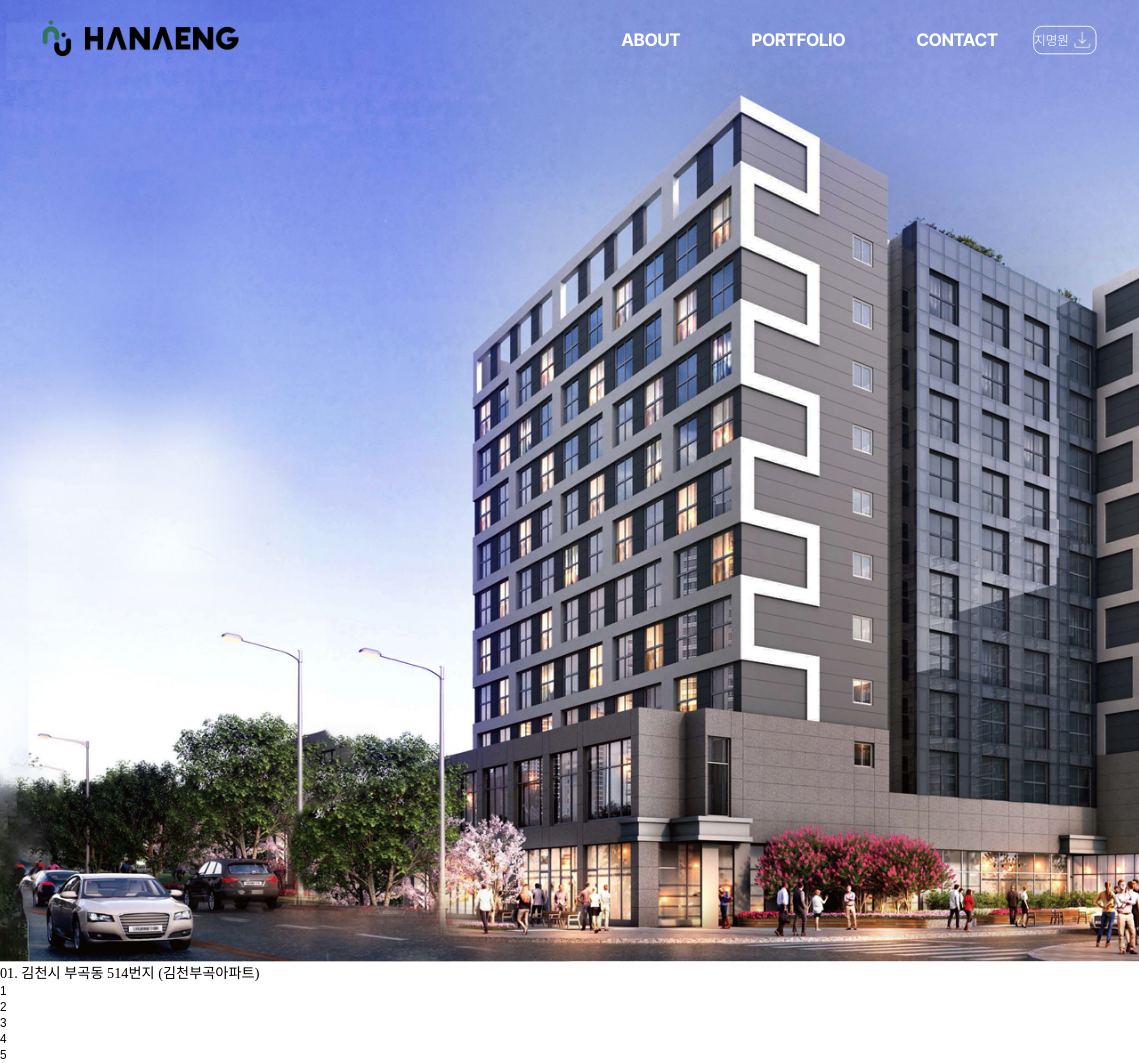
Repository: makeditWeb/hanaenc
Page: main.html
These files come from the project's save history. The page is drawn as it stood at one moment and after the next save; the edit follows.
The browser window is 1280 px wide. The pictures show the whole page, at 89% of full size.
Some web libraries are served in a nearby version.

Above is the page before, as saved 2023-07-05 17:45:31.

After the next save:
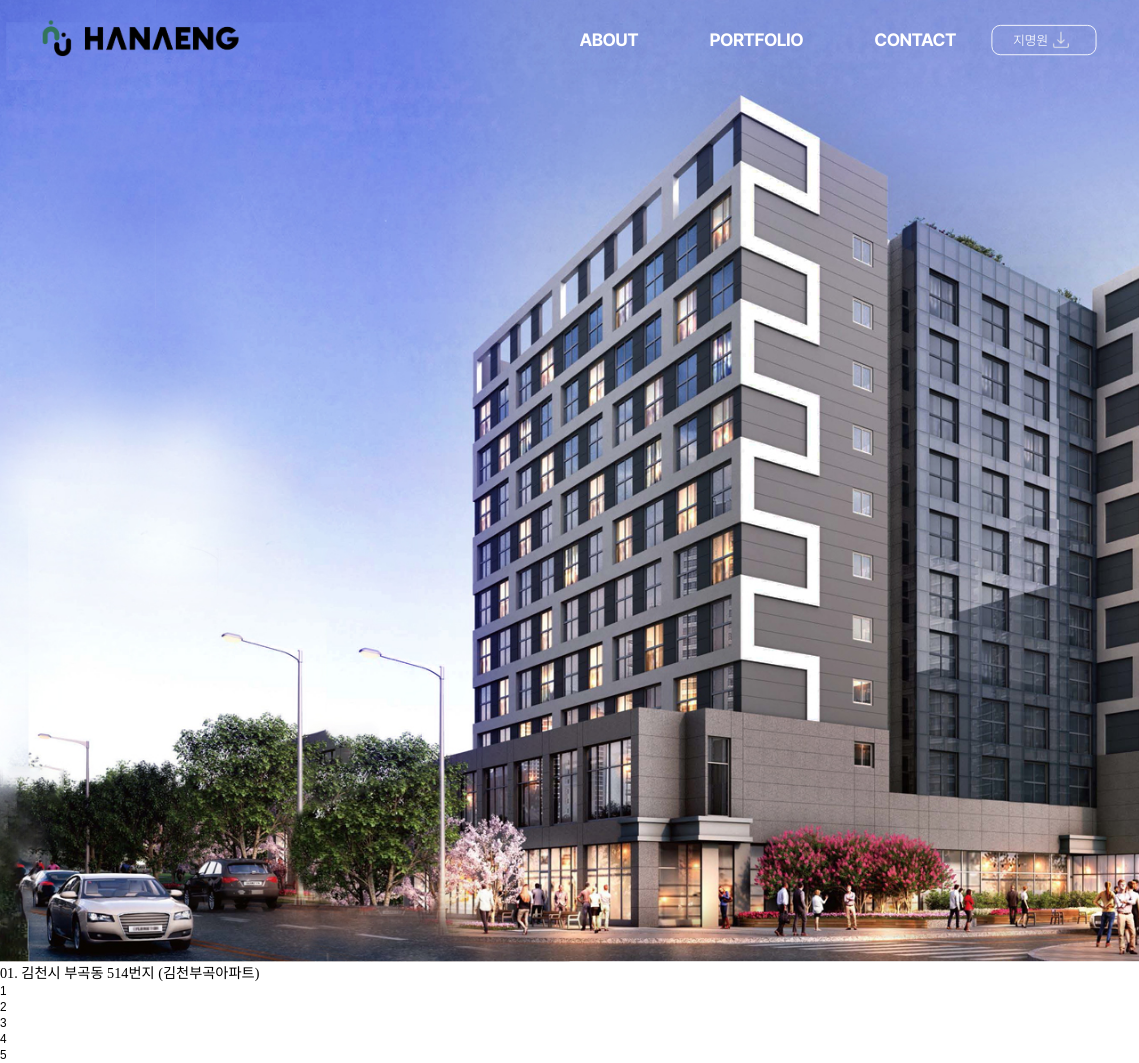
Saved 41 s later.
--- a/css/style.css
+++ b/css/style.css
@@ -288,8 +288,12 @@
 .download_wrap{
     display: flex;
     align-items: center;
+    justify-content: center;
     border: 1px solid #fff;
     border-radius: 10px;
+    width: 118px;
+    height: 34px;
+
 }
 
 .download_wrap p{
